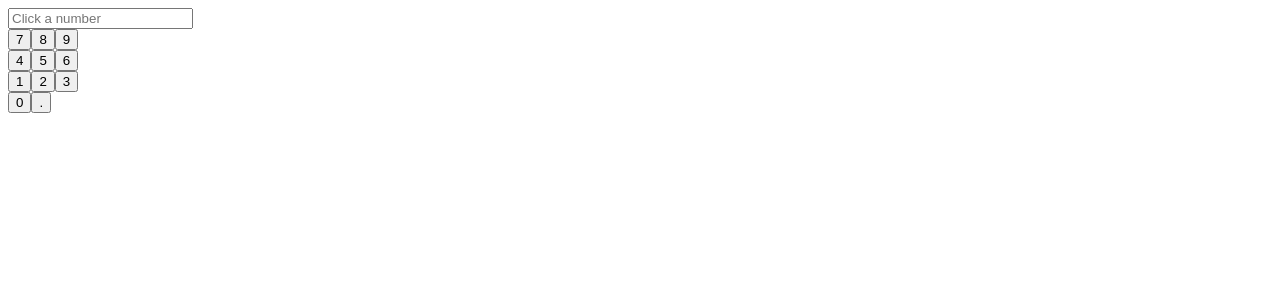
Repository: Marivic-SLRS/ReactJS-Basic-Calculator
Page: /
The author's editor kept a copy of each file at every save. The page is drawn from the files as they stood at one save, then again after a run of saves.
The browser window is 1280 px wide. The pictures show the whole page.
The project was rebuilt for these pictures with package versions that can differ from the ones it lists, and the page was loaded fresh each time.

Above is the page before, as saved 2025-07-30 17:25:50.

After the next 2 saves:
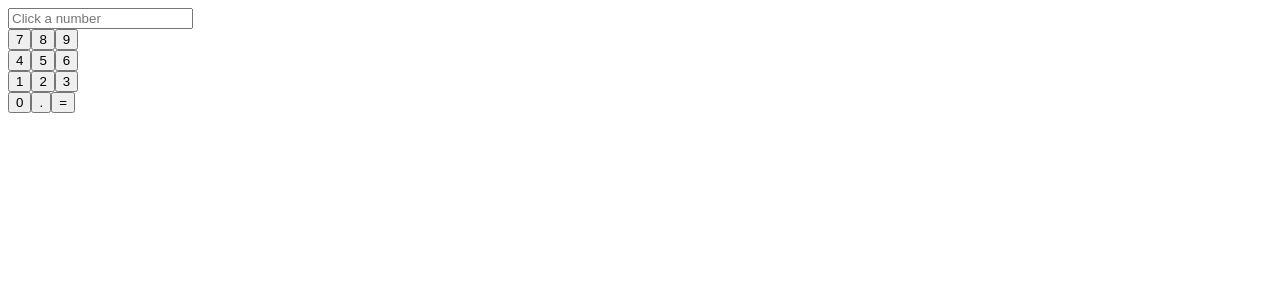
The 2 saves are shown as one change because they came seconds apart.
The last was saved 17 s later.
--- a/src/Components/Calculator.js
+++ b/src/Components/Calculator.js
@@ -31,7 +31,7 @@
                 <div>
                     <button>0</button>
                     <button>.</button>
-
+                    <button>=</button>
                 </div>
 
             </div>

After the save that followed:
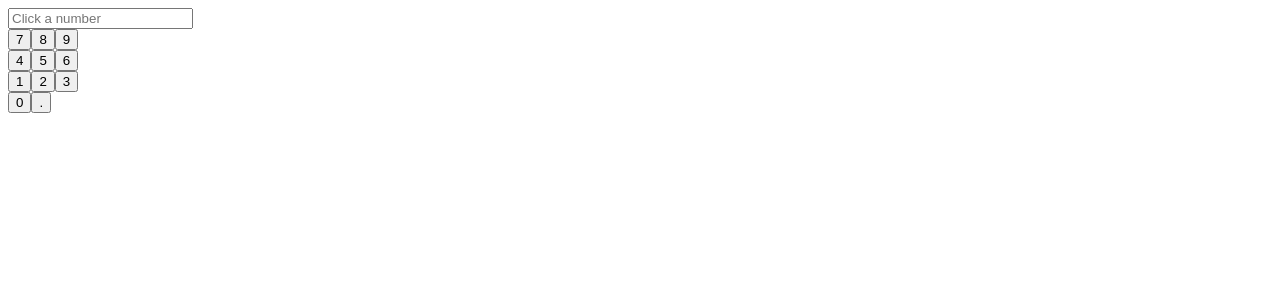
Saved 13 s later.
--- a/src/Components/Calculator.js
+++ b/src/Components/Calculator.js
@@ -31,7 +31,6 @@
                 <div>
                     <button>0</button>
                     <button>.</button>
-                    <button>=</button>
                 </div>
 
             </div>
